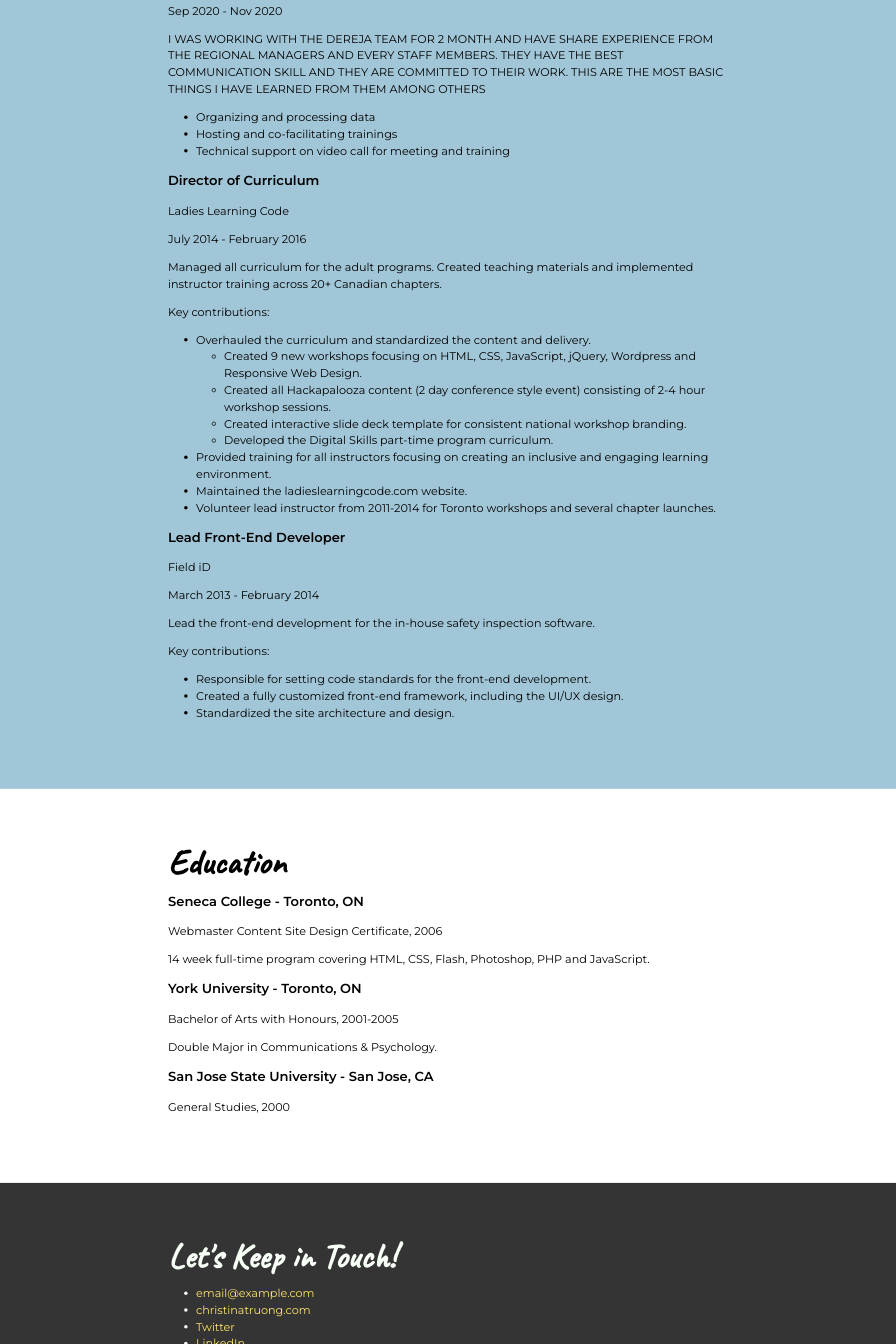
Repository: Aklilegetachew/my-Portfolio
Page: index.html
An editor plug-in stored every save of this project. The page is shown before and after the next save, followed by the edit.
The browser window is 1280 px wide. The pictures show the part of the page from y = 1677 to 3597 px (the page is 3705 px tall before and 2902 px after), at 70% of full size.

Above is the page before, as saved 2021-11-23 17:09:44.

After the next save:
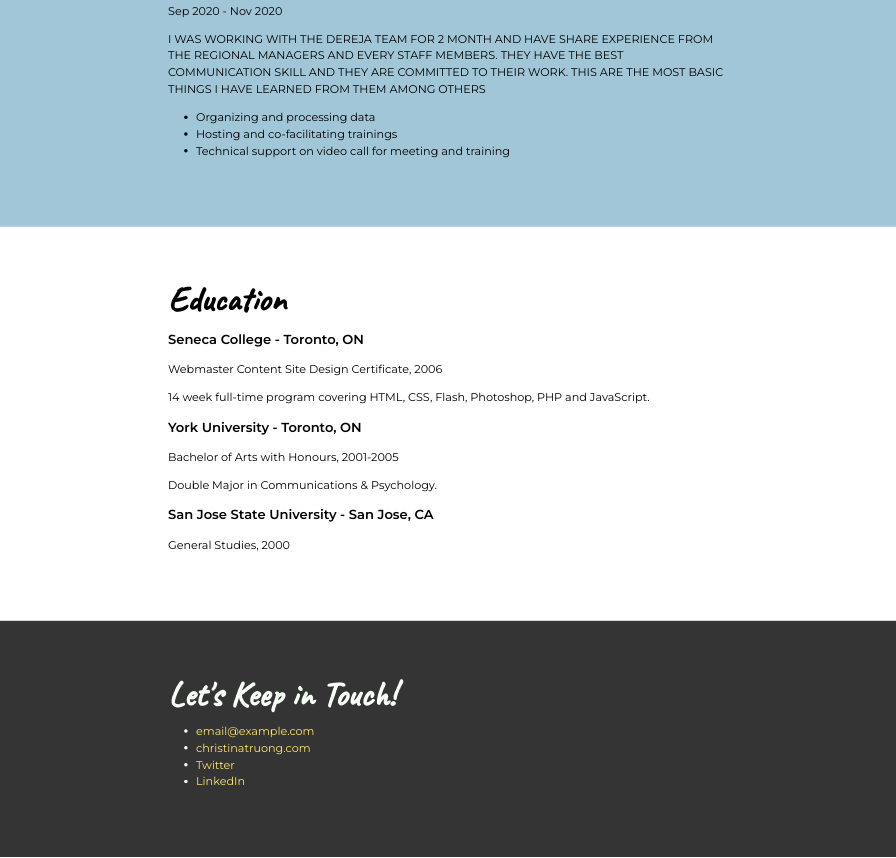
Saved 60 s later.
--- a/index.html
+++ b/index.html
@@ -83,50 +83,6 @@
               </ul>
             </div>
           </section>
-
-          <!-- Job 2 -->
-          <section class="job-item">
-            <div class="job-details">
-              <h3>Director of Curriculum</h3>
-              <p>Ladies Learning Code</p>
-              <p>July 2014 - February 2016</p>
-            </div>
-            <div class="job-summary">
-              <p>Managed all curriculum for the adult programs. Created teaching materials and implemented instructor training across 20+ Canadian chapters.</p>
-              <p>Key contributions:</p>
-              <ul>
-                <li>Overhauled the curriculum and standardized the content and delivery.
-                  <ul>
-                    <li>Created 9 new workshops focusing on HTML, CSS, JavaScript, jQuery, Wordpress and Responsive Web Design.</li>
-                    <li>Created all Hackapalooza content (2 day conference style event) consisting of 2-4 hour workshop sessions.</li>
-                    <li>Created interactive slide deck template for consistent national workshop branding.</li>
-                    <li>Developed the Digital Skills part-time program curriculum.</li>
-                  </ul>
-                </li>
-                <li>Provided training for all instructors focusing on creating an inclusive and engaging learning environment.</li>
-                <li>Maintained the ladieslearningcode.com website.</li>
-                <li>Volunteer lead instructor from 2011-2014 for Toronto workshops and several chapter launches.</li>
-              </ul>
-            </div>
-          </section>
-
-          <!-- Job 3 -->
-          <section class="job-item">
-            <div class="job-details">
-              <h3>Lead Front-End Developer</h3>
-              <p>Field iD</p>
-              <p>March 2013 - February 2014</p>
-            </div>
-            <div class="job-details">
-              <p>Lead the front-end development for the in-house safety inspection software.</p>
-              <p>Key contributions:</p>
-              <ul>
-                <li>Responsible for setting code standards for the front-end development.</li>
-                <li>Created a fully customized front-end framework, including the UI/UX design.</li>
-                <li>Standardized the site architecture and design.</li>
-              </ul>
-            </div>
-          </section>
         </div>
       </section>
 
